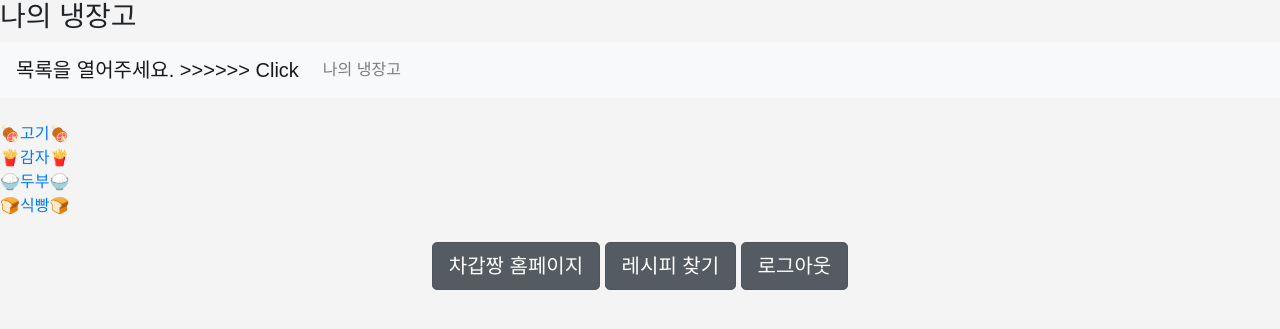
Repository: yousunning/coldzzang-miniproject
Page: http://localhost/cold/WEB-INF/views/myRefrigerator.jsp
These files come from the project's save history. The page is drawn as it stood at one moment and after the next save; the edit follows.
The browser window is 1280 px wide. The pictures show the whole page.
The page is served by Tomcat 9. Nobody is signed in. Other server files are loaded and not shown. The template is opened directly, without the code that normally fills it, so the values that code supplies are empty.

Above is the page before, as saved 2024-01-23 08:40:32.

### cold/src/main/webapp/WEB-INF/views/myRefrigerator.jsp
<%@ page language="java" contentType="text/html; charset=UTF-8"
    pageEncoding="UTF-8"%>
<!DOCTYPE html>

<html>
<head>
    <title>나의 냉장고</title>
    <meta name="viewport" content="width=device-width, initial-scale=1">
    <!-- Bootstrap CSS -->
    <link href="https://stackpath.bootstrapcdn.com/bootstrap/4.3.1/css/bootstrap.min.css" rel="stylesheet">
  <style>
        body {
            background-color: #f4f4f4;
            font-family: 'Arial', sans-serif;
        }
  </style>
</head>
<body>
    <h3>나의 냉장고</h3>
    <nav class="navbar navbar-expand-lg navbar-light bg-light">
        <a class="navbar-brand" href="/food/List/login">목록을 열어주세요. >>>>>> Click</a>
        <button class="navbar-toggler" type="button" data-toggle="collapse" data-target="#navbarNav" aria-controls="navbarNav" aria-expanded="false" aria-label="Toggle navigation">
            <span class="navbar-toggler-icon"></span>
        </button>
        <div class="collapse navbar-collapse" id="navbarNav">
            <ul class="navbar-nav">
                <li class="nav-item">
                    <a class="nav-link" href="/food/List/myRefrigerator">나의 냉장고</a>
                </li>
            </ul>
        </div>
 </nav>
         <tr><br>

 <td><a href="/food/List/recipe">🍖고기🍖</a></td>

  </tr>
           <tr><br>

 <td><a href="/food/List/recipe"> 🍟감자🍟</a></td>

  </tr>
           <tr><br>

 <td><a href="/food/List/recipe">🍚두부🍚</a></td>

  </tr>
           <tr><br>

 <td><a href="/food/List/recipe">🍞식빵🍞</a></td>

  </tr>


    <!-- 메인 컨텐츠 -->
    <div class="container mt-4" style="text-align:center;">
    <!-- 링크를 버튼처럼 스타일링 -->
    <a href="/food/List/homepage" class="btn btn-secondary btn-lg active" role="button" aria-pressed="true">차갑짱 홈페이지</a>
    <a href="/food/List/recipe" class="btn btn-secondary btn-lg active" role="button" aria-pressed="true">레시피 찾기</a>
    <a href="/food/List/login" class="btn btn-secondary btn-lg active" role="button" aria-pressed="true">로그아웃</a>
</div>
    <!-- jQuery, Popper.js, Bootstrap JS -->
    <script src="https://code.jquery.com/jquery-3.3.1.slim.min.js"></script>
    <script src="https://cdnjs.cloudflare.com/ajax/libs/popper.js/1.14.7/umd/popper.min.js"></script>
    <script src="https://stackpath.bootstrapcdn.com/bootstrap/4.3.1/js/bootstrap.min.js"></script>
</body>
</html>

After the next save:
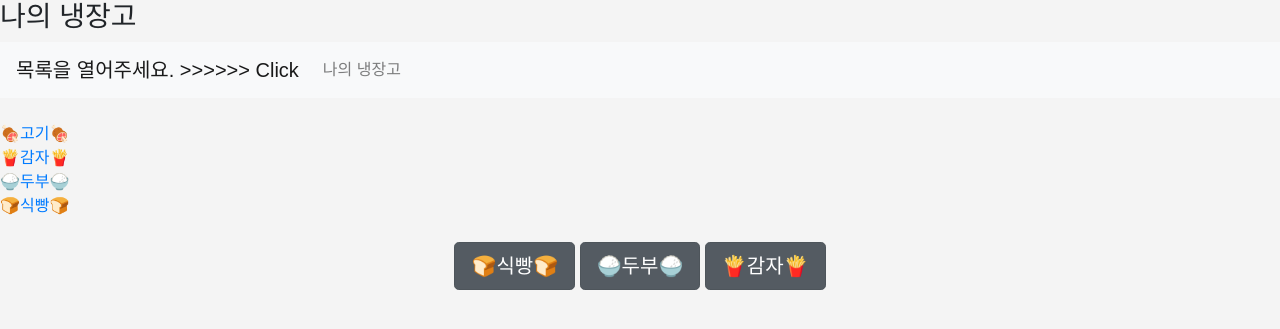
Saved 5 min 3 s later.
--- a/cold/src/main/webapp/WEB-INF/views/myRefrigerator.jsp
+++ b/cold/src/main/webapp/WEB-INF/views/myRefrigerator.jsp
@@ -55,9 +55,9 @@
     <!-- 메인 컨텐츠 -->
     <div class="container mt-4" style="text-align:center;">
     <!-- 링크를 버튼처럼 스타일링 -->
-    <a href="/food/List/homepage" class="btn btn-secondary btn-lg active" role="button" aria-pressed="true">차갑짱 홈페이지</a>
-    <a href="/food/List/recipe" class="btn btn-secondary btn-lg active" role="button" aria-pressed="true">레시피 찾기</a>
-    <a href="/food/List/login" class="btn btn-secondary btn-lg active" role="button" aria-pressed="true">로그아웃</a>
+    <a href="/food/List/homepage" class="btn btn-secondary btn-lg active" role="button" aria-pressed="true">🍞식빵🍞</a>
+    <a href="/food/List/recipe" class="btn btn-secondary btn-lg active" role="button" aria-pressed="true">🍚두부🍚</a>
+    <a href="/food/List/login" class="btn btn-secondary btn-lg active" role="button" aria-pressed="true">🍟감자🍟</a>
 </div>
     <!-- jQuery, Popper.js, Bootstrap JS -->
     <script src="https://code.jquery.com/jquery-3.3.1.slim.min.js"></script>
